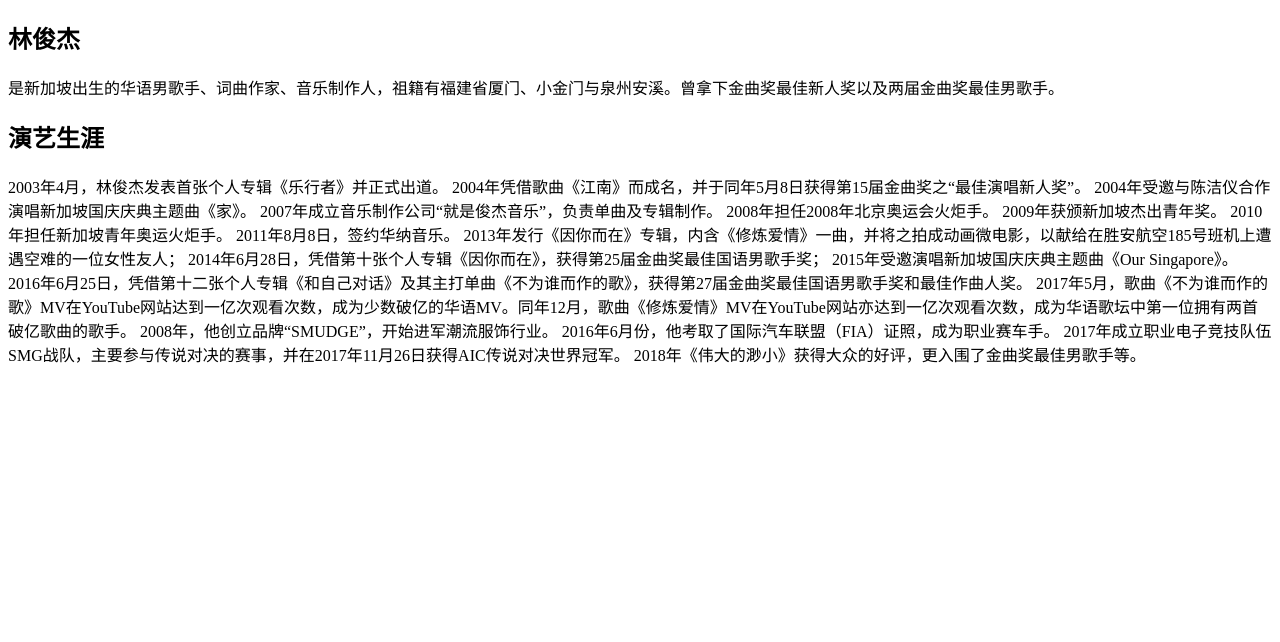
Repository: chenguocan/html_work
Page: html_work.html
The author's editor kept a copy of each file at every save. The page is drawn from the files as they stood at one save, then again after the next save.
The browser window is 1280 px wide. The pictures show the whole page.

Above is the page before, as saved 2020-06-26 09:57:01.

After the next save:
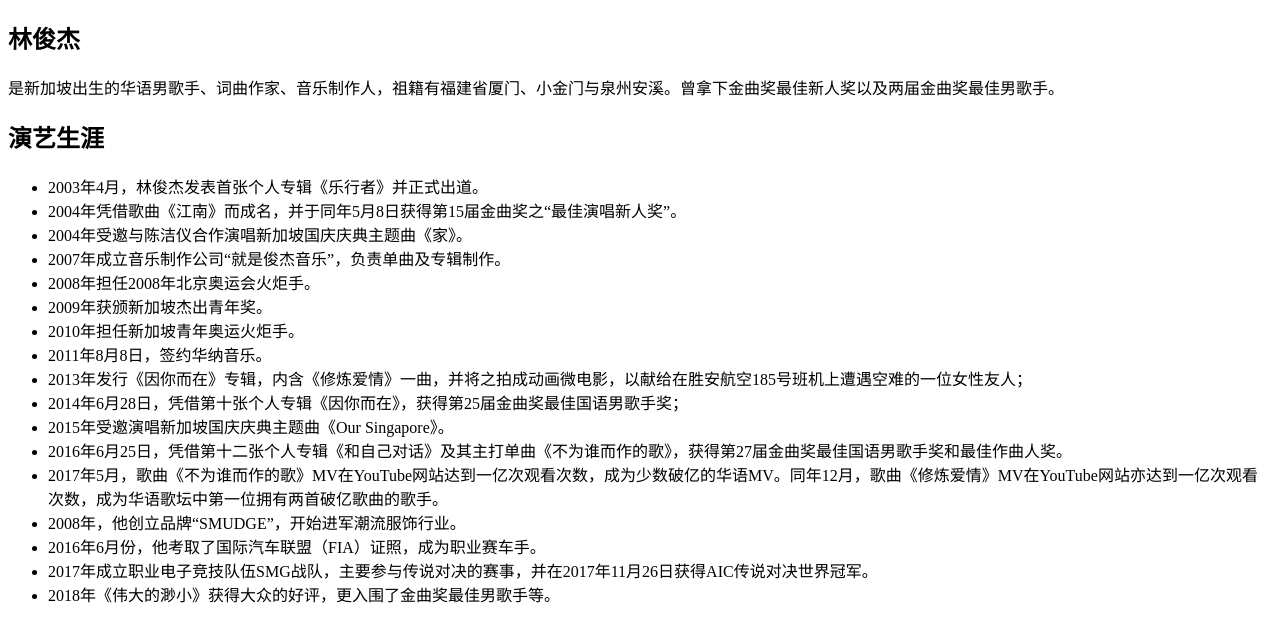
Saved 15 s later.
--- a/html_work.html
+++ b/html_work.html
@@ -15,21 +15,39 @@
         是新加坡出生的华语男歌手、词曲作家、音乐制作人，祖籍有福建省厦门、小金门与泉州安溪。曾拿下金曲奖最佳新人奖以及两届金曲奖最佳男歌手。
       </p>
       <h2>演艺生涯</h2>
-      2003年4月，林俊杰发表首张个人专辑《乐行者》并正式出道。
-      2004年凭借歌曲《江南》而成名，并于同年5月8日获得第15届金曲奖之“最佳演唱新人奖”。
-      2004年受邀与陈洁仪合作演唱新加坡国庆庆典主题曲《家》。
-      2007年成立音乐制作公司“就是俊杰音乐”，负责单曲及专辑制作。
-      2008年担任2008年北京奥运会火炬手。 2009年获颁新加坡杰出青年奖。
-      2010年担任新加坡青年奥运火炬手。 2011年8月8日，签约华纳音乐。
-      2013年发行《因你而在》专辑，内含《修炼爱情》一曲，并将之拍成动画微电影，以献给在胜安航空185号班机上遭遇空难的一位女性友人；
-      2014年6月28日，凭借第十张个人专辑《因你而在》，获得第25届金曲奖最佳国语男歌手奖；
-      2015年受邀演唱新加坡国庆庆典主题曲《Our Singapore》。
-      2016年6月25日，凭借第十二张个人专辑《和自己对话》及其主打单曲《不为谁而作的歌》，获得第27届金曲奖最佳国语男歌手奖和最佳作曲人奖。
-      2017年5月，歌曲《不为谁而作的歌》MV在YouTube网站达到一亿次观看次数，成为少数破亿的华语MV。同年12月，歌曲《修炼爱情》MV在YouTube网站亦达到一亿次观看次数，成为华语歌坛中第一位拥有两首破亿歌曲的歌手。
-      2008年，他创立品牌“SMUDGE”，开始进军潮流服饰行业。
-      2016年6月份，他考取了国际汽车联盟（FIA）证照，成为职业赛车手。
-      2017年成立职业电子竞技队伍SMG战队，主要参与传说对决的赛事，并在2017年11月26日获得AIC传说对决世界冠军。
-      2018年《伟大的渺小》获得大众的好评，更入围了金曲奖最佳男歌手等。
+      <ul>
+        <li>2003年4月，林俊杰发表首张个人专辑《乐行者》并正式出道。</li>
+        <li>
+          2004年凭借歌曲《江南》而成名，并于同年5月8日获得第15届金曲奖之“最佳演唱新人奖”。
+        </li>
+        <li>2004年受邀与陈洁仪合作演唱新加坡国庆庆典主题曲《家》。</li>
+        <li>2007年成立音乐制作公司“就是俊杰音乐”，负责单曲及专辑制作。</li>
+        <li>2008年担任2008年北京奥运会火炬手。</li>
+        <li>2009年获颁新加坡杰出青年奖。</li>
+        <li>2010年担任新加坡青年奥运火炬手。</li>
+        <li>2011年8月8日，签约华纳音乐。</li>
+        <li>
+          2013年发行《因你而在》专辑，内含《修炼爱情》一曲，并将之拍成动画微电影，以献给在胜安航空185号班机上遭遇空难的一位女性友人；
+        </li>
+        <li>
+          2014年6月28日，凭借第十张个人专辑《因你而在》，获得第25届金曲奖最佳国语男歌手奖；
+        </li>
+        <li>2015年受邀演唱新加坡国庆庆典主题曲《Our Singapore》。</li>
+        <li>
+          2016年6月25日，凭借第十二张个人专辑《和自己对话》及其主打单曲《不为谁而作的歌》，获得第27届金曲奖最佳国语男歌手奖和最佳作曲人奖。
+        </li>
+        <li>
+          2017年5月，歌曲《不为谁而作的歌》MV在YouTube网站达到一亿次观看次数，成为少数破亿的华语MV。同年12月，歌曲《修炼爱情》MV在YouTube网站亦达到一亿次观看次数，成为华语歌坛中第一位拥有两首破亿歌曲的歌手。
+        </li>
+        <li>2008年，他创立品牌“SMUDGE”，开始进军潮流服饰行业。</li>
+        <li>2016年6月份，他考取了国际汽车联盟（FIA）证照，成为职业赛车手。</li>
+        <li>
+          2017年成立职业电子竞技队伍SMG战队，主要参与传说对决的赛事，并在2017年11月26日获得AIC传说对决世界冠军。
+        </li>
+        <li>
+          2018年《伟大的渺小》获得大众的好评，更入围了金曲奖最佳男歌手等。
+        </li>
+      </ul>
     </section>
   </body>
 </html>
